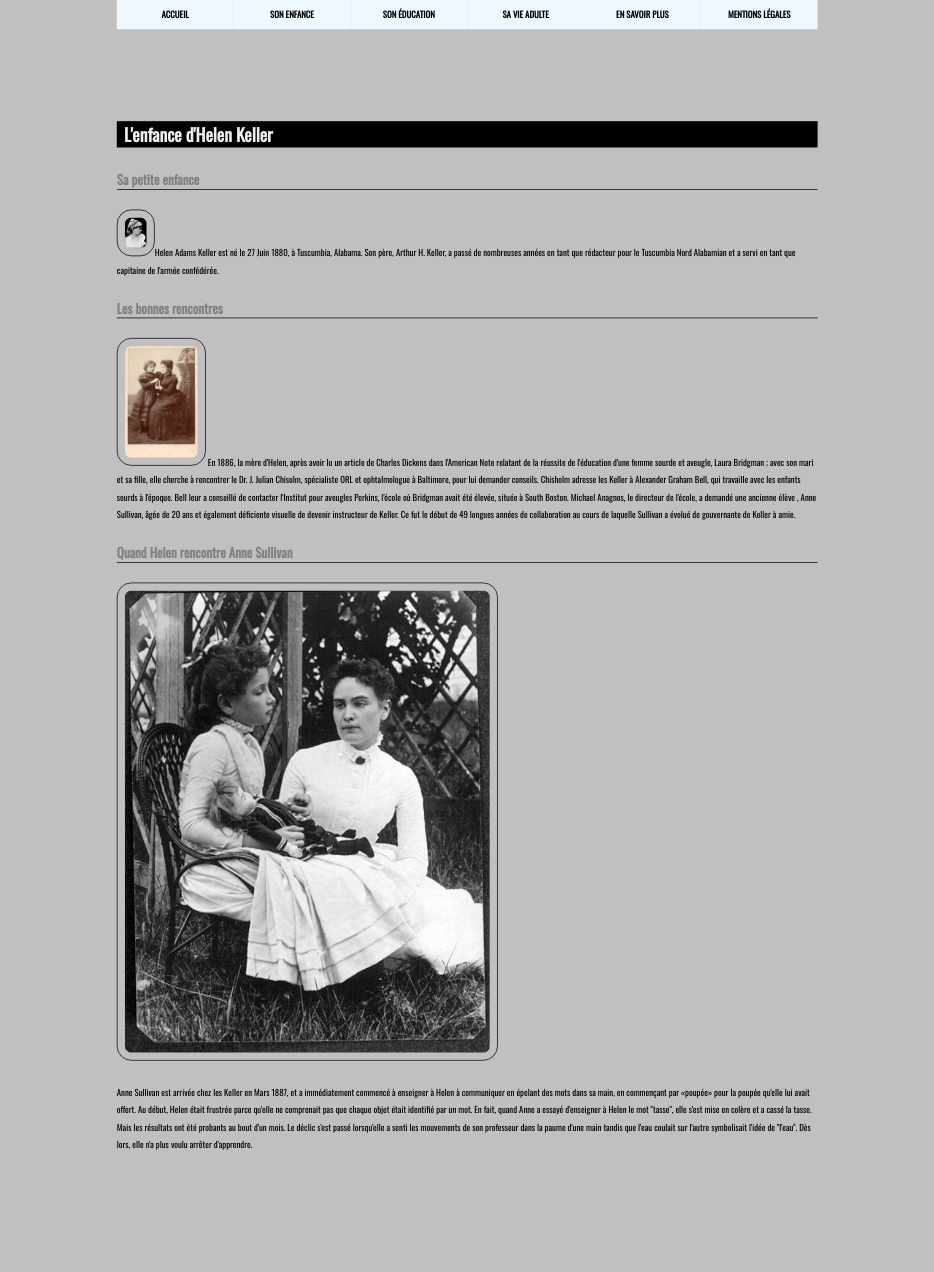
Repository: Luc010/Exercices
Page: HTML CSS/biographie_helen_keller/enfance.html
The author's editor kept a copy of each file at every save. The page is drawn from the files as they stood at one save, then again after the next save.
The browser window is 1280 px wide. The pictures show the whole page, at 73% of full size.

Above is the page before, as saved 2019-09-04 15:21:51.

After the next save:
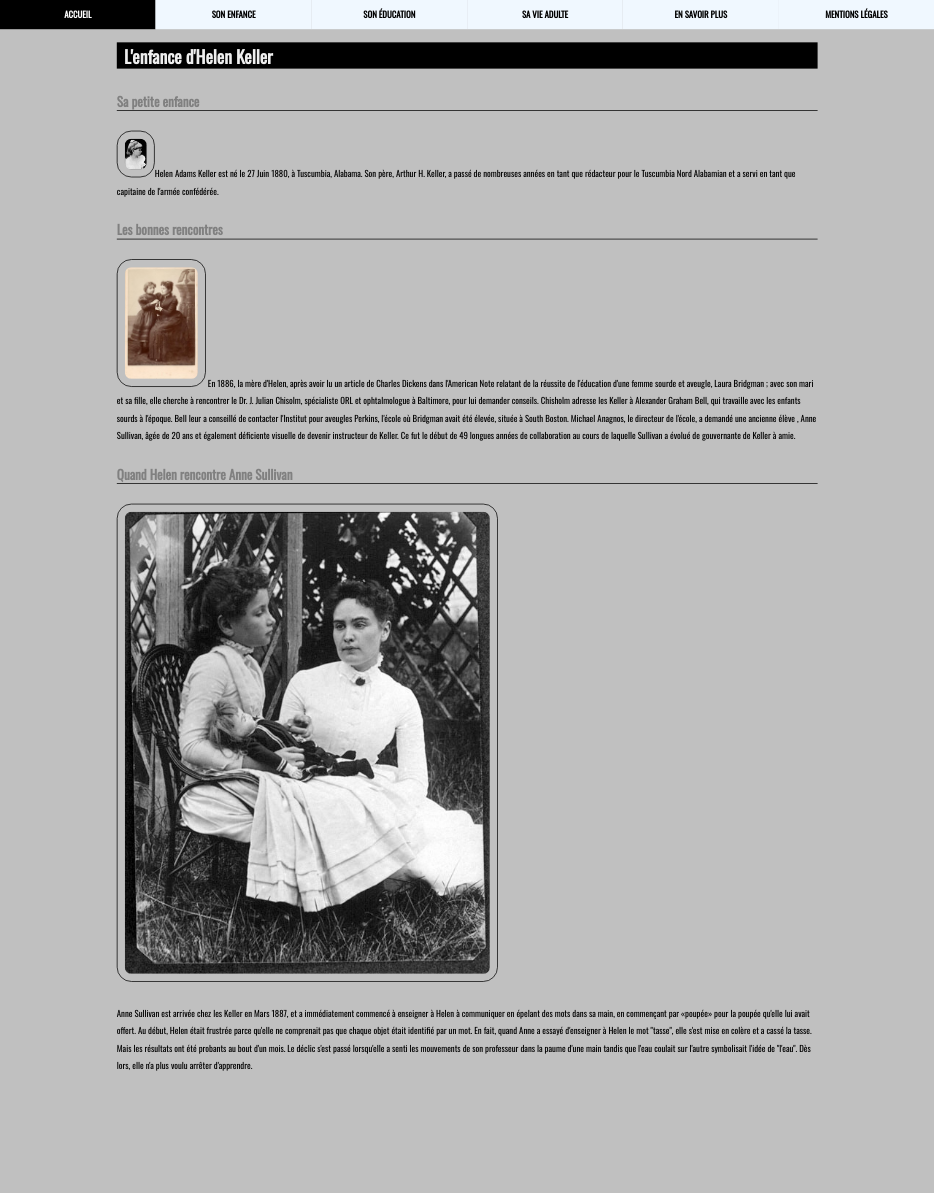
Saved 5 s later.
--- a/HTML CSS/biographie_helen_keller/enfance.html
+++ b/HTML CSS/biographie_helen_keller/enfance.html
@@ -8,18 +8,18 @@
     <link href="style.css" rel="stylesheet">
 </head>
 <body>
-    <header>
-        <div class="container">
-            <ul>
-                <li><a href="index.html">Accueil</a></li>
-                <li><a href="enfance.html">Son enfance</a></li>
-                <li><a href="education.html">Son éducation</a></li>
-                <li><a href="adulte.html">Sa vie adulte</a></li>
-                <li><a href="savoirplus.html">En savoir plus</a></li>
-                <li><a href="mentions.html">Mentions légales</a></li>
-            </ul>
-        </div>
-    </header>
+        <header>
+            </header>
+            <nav>
+                <ul>
+                    <li><a href="index.html">Accueil</a></li>
+                    <li><a href="enfance.html">Son enfance</a></li>
+                    <li><a href="education.html">Son éducation</a></li>
+                    <li><a href="adulte.html">Sa vie adulte</a></li>
+                    <li><a href="savoirplus.html">En savoir plus</a></li>
+                    <li><a href="mentions.html">Mentions légales</a></li>
+                </ul>
+            </nav>
     <main>
         <div class="container">
             <h1>L'enfance d'Helen Keller</h1>
